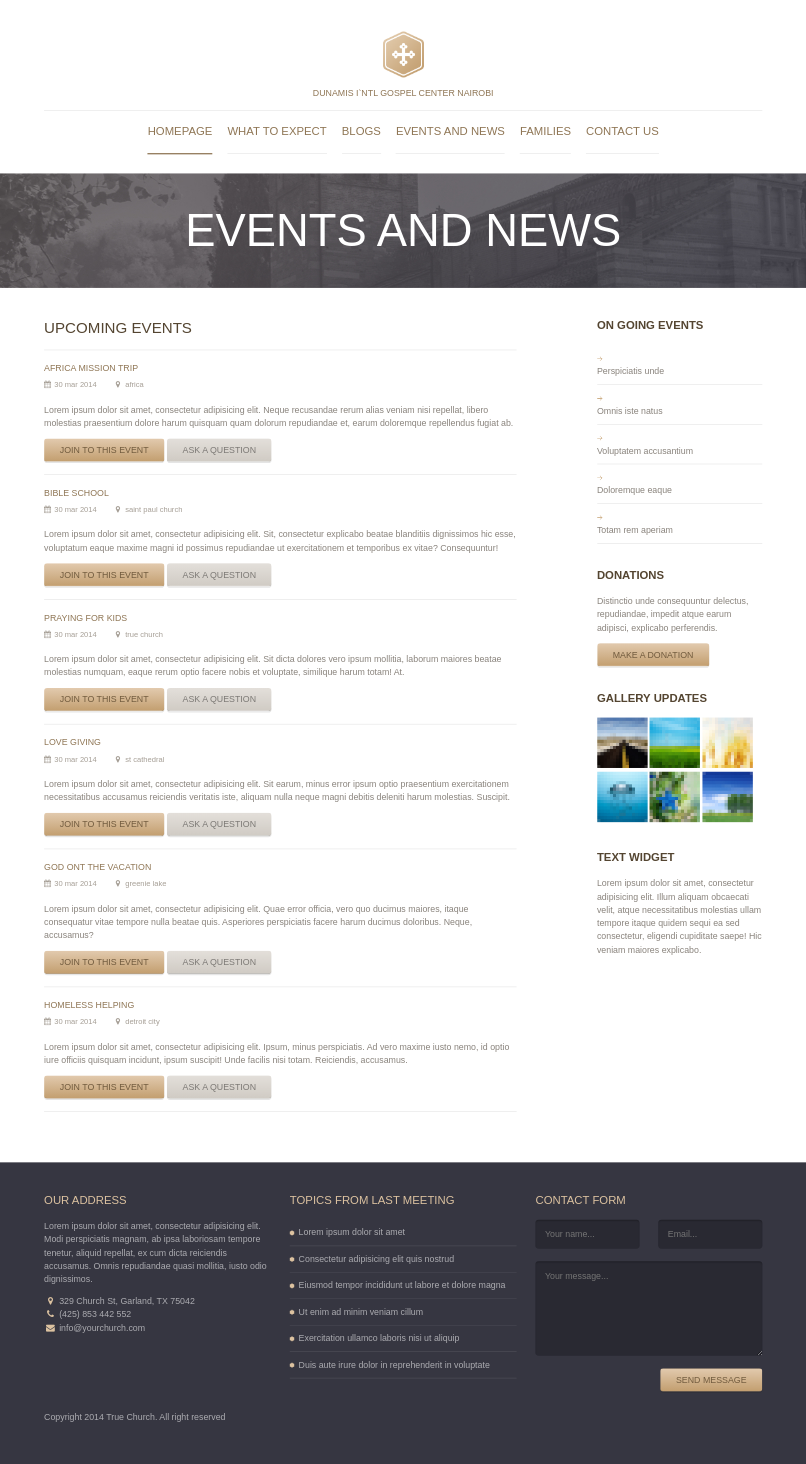
Repository: profbkmurage/churchWebsite
Page: events.html
These files come from the project's save history. The page is drawn as it stood at one moment and after the next save; the edit follows.
The browser window is 1280 px wide. The pictures show the whole page, at 63% of full size.

Above is the page before, as saved 2024-07-17 16:34:34.

### events.html
<!DOCTYPE html>
<html lang="en">
	<head>
		<meta charset="UTF-8">
		<meta http-equiv="X-UA-Compatible" content="IE=edge">
		<meta name="viewport" content="width=device-width, initial-scale=1.0,maximum-scale=1">

		<title>DIGC NAIROBI</title>

		<!-- Loading third party fonts -->
		<link href="fonts/novecento-font/novecento-font.css" rel="stylesheet" type="text/css">
		<link href="fonts/font-awesome.min.css" rel="stylesheet" type="text/css">

		<!-- Loading main css file -->
		<link rel="stylesheet" href="style.css">

		<!--[if lt IE 9]>
		<script src="js/ie-support/html5.js"></script>
		<script src="js/ie-support/respond.js"></script>
		<![endif]-->

	</head>


	<body>
		<div class="site-content">
			<header class="site-header">
				<div class="container">
					<a href="#" class="branding">
						<img src="images/logo.png" alt="" class="logo">
						<h1 class="site-title">Dunamis I`ntl Gospel Center Nairobi</h1>
					</a>

					<div class="main-navigation">
						<button class="menu-toggle"><i class="fa fa-bars"></i> Menu</button>
						<ul class="menu">
							<li class="menu-item current-menu-item"><a href="index.html">Homepage</a></li>
							<li class="menu-item"><a href="#">What To Expect </a></li>
							<li class="menu-item"><a href="blogs.html">Blogs </a></li>
							<li class="menu-item"><a href="events.html">Events And News </a></li>
							<li class="menu-item"><a href="families.html">Families </a></li>
							<li class="menu-item"><a href="#">Contact Us</a></li>
						</ul>
					</div>
					<div class="mobile-navigation"></div>
				</div>
			</header> <!-- .site-header -->

			<div class="page-head" data-bg-image="images/page-head-1.jpg">
				<div class="container">
					<h2 class="page-title">Events And News</h2>
				</div>
			</div>

			<main class="main-content">
				<div class="fullwidth-block">
					<div class="container">
						<div class="row">
							<div class="content col-md-8">
								<h2 class="section-title">Upcoming Events</h2>
								<ul class="event-list large">
									<li>
										<h3 class="event-title"><a href="#">africa mission trip</a></h3>
										<span class="event-meta">
											<span><i class="fa fa-calendar"></i>30 mar 2014</span>
											<span><i class="fa fa-map-marker"></i> Africa</span>
										</span>
										<p>Lorem ipsum dolor sit amet, consectetur adipisicing elit. Neque recusandae rerum alias veniam nisi repellat, libero molestias praesentium dolore harum quisquam quam dolorum repudiandae et, earum doloremque repellendus fugiat ab.</p>
										<a href="#" class="button">Join to this event</a>
										<a href="#" class="button secondary">Ask a question</a>
									</li>
									<li>
										<h3 class="event-title"><a href="#">Bible school</a></h3>
										<span class="event-meta">
											<span><i class="fa fa-calendar"></i>30 mar 2014</span>
											<span><i class="fa fa-map-marker"></i> Saint paul church</span>
										</span>
										<p>Lorem ipsum dolor sit amet, consectetur adipisicing elit. Sit, consectetur explicabo beatae blanditiis dignissimos hic esse, voluptatum eaque maxime magni id possimus repudiandae ut exercitationem et temporibus ex vitae? Consequuntur!</p>
										<a href="#" class="button">Join to this event</a>
										<a href="#" class="button secondary">Ask a question</a>
									</li>
									<li>
										<h3 class="event-title"><a href="#">praying for kids</a></h3>
										<span class="event-meta">
											<span><i class="fa fa-calendar"></i>30 mar 2014</span>
											<span><i class="fa fa-map-marker"></i> true church</span>
										</span>
										<p>Lorem ipsum dolor sit amet, consectetur adipisicing elit. Sit dicta dolores vero ipsum mollitia, laborum maiores beatae molestias numquam, eaque rerum optio facere nobis et voluptate, similique harum totam! At.</p>
										<a href="#" class="button">Join to this event</a>
										<a href="#" class="button secondary">Ask a question</a>
									</li>
									<li>
										<h3 class="event-title"><a href="#">love giving</a></h3>
										<span class="event-meta">
											<span><i class="fa fa-calendar"></i>30 mar 2014</span>
											<span><i class="fa fa-map-marker"></i> St cathedral</span>
										</span>
										<p>Lorem ipsum dolor sit amet, consectetur adipisicing elit. Sit earum, minus error ipsum optio praesentium exercitationem necessitatibus accusamus reiciendis veritatis iste, aliquam nulla neque magni debitis deleniti harum molestias. Suscipit.</p>
										<a href="#" class="button">Join to this event</a>
										<a href="#" class="button secondary">Ask a question</a>
									</li>
									<li>
										<h3 class="event-title"><a href="#">god ont the vacation</a></h3>
										<span class="event-meta">
											<span><i class="fa fa-calendar"></i>30 mar 2014</span>
											<span><i class="fa fa-map-marker"></i> greenie lake</span>
										</span>
										<p>Lorem ipsum dolor sit amet, consectetur adipisicing elit. Quae error officia, vero quo ducimus maiores, itaque consequatur vitae tempore nulla beatae quis. Asperiores perspiciatis facere harum ducimus doloribus. Neque, accusamus?</p>
										<a href="#" class="button">Join to this event</a>
										<a href="#" class="button secondary">Ask a question</a>
									</li>
									<li>
										<h3 class="event-title"><a href="#">homeless helping</a></h3>
										<span class="event-meta">
											<span><i class="fa fa-calendar"></i>30 mar 2014</span>
											<span><i class="fa fa-map-marker"></i> Detroit city</span>
										</span>
										<p>Lorem ipsum dolor sit amet, consectetur adipisicing elit. Ipsum, minus perspiciatis. Ad vero maxime iusto nemo, id optio iure officiis quisquam incidunt, ipsum suscipit! Unde facilis nisi totam. Reiciendis, accusamus.</p>
										<a href="#" class="button">Join to this event</a>
										<a href="#" class="button secondary">Ask a question</a>
									</li>
								</ul>
							</div>
							<div class="sidebar col-md-3 col-md-offset-1">
								<div class="widget">
									<h3 class="widget-title">On going Events</h3>
									<ul class="arrow">
										<li><a href="#">Perspiciatis unde</a></li>
										<li><a href="#">Omnis iste natus</a></li>
										<li><a href="#">Voluptatem accusantium</a></li>
										<li><a href="#">Doloremque eaque</a></li>
										<li><a href="#">Totam rem aperiam</a></li>
									</ul>
								</div>

								<div class="widget">
									<h3 class="widget-title">Donations</h3>
									<p>Distinctio unde consequuntur delectus, repudiandae, impedit atque earum adipisci, explicabo perferendis.</p>
									<a href="#" class="button">Make a donation</a>
								</div>

								<div class="widget">
									<h3 class="widget-title">Gallery updates</h3>

									<div class="galery-thumb">
										<a href="#"><img src="images/gallery-thumb-1.jpg" alt=""></a>
										<a href="#"><img src="images/gallery-thumb-2.jpg" alt=""></a>
										<a href="#"><img src="images/gallery-thumb-3.jpg" alt=""></a>
										<a href="#"><img src="images/gallery-thumb-4.jpg" alt=""></a>
										<a href="#"><img src="images/gallery-thumb-5.jpg" alt=""></a>
										<a href="#"><img src="images/gallery-thumb-6.jpg" alt=""></a>
									</div>
								</div>

								<div class="widget">
									<h3 class="widget-title">Text widget </h3>
									<p>Lorem ipsum dolor sit amet, consectetur adipisicing elit. Illum aliquam obcaecati velit, atque necessitatibus molestias ullam tempore itaque quidem sequi ea sed consectetur, eligendi cupiditate saepe! Hic veniam maiores explicabo.</p>
								</div>
							</div>
						</div>
					</div>
				</div>
			</main> <!-- .main-content -->

			<footer class="site-footer">
				<div class="container">
					<div class="row">
						<div class="col-md-4">
							<div class="widget">
								<h3 class="widget-title">Our address</h3>
								<p>Lorem ipsum dolor sit amet, consectetur adipisicing elit. Modi perspiciatis magnam, ab ipsa laboriosam tempore tenetur, aliquid repellat, ex cum dicta reiciendis accusamus. Omnis repudiandae quasi mollitia, iusto odio dignissimos.</p>
								<ul class="address">
									<li><i class="fa fa-map-marker"></i> 329 Church St, Garland, TX 75042</li>
									<li><i class="fa fa-phone"></i> (425) 853 442 552</li>
									<li><i class="fa fa-envelope"></i> info@yourchurch.com</li>
								</ul>
							</div>
						</div>
						<div class="col-md-4">
							<div class="widget">
								<h3 class="widget-title">Topics from last meeting</h3>
								<ul class="bullet">
									<li><a href="#">Lorem ipsum dolor sit amet</a></li>
									<li><a href="#">Consectetur adipisicing elit quis nostrud</a></li>
									<li><a href="#">Eiusmod tempor incididunt ut labore et dolore magna</a></li>
									<li><a href="#">Ut enim ad minim veniam cillum</a></li>
									<li><a href="#">Exercitation ullamco laboris nisi ut aliquip</a></li>
									<li><a href="#">Duis aute irure dolor in reprehenderit in voluptate</a></li>
								</ul>
							</div>
						</div>
						<div class="col-md-4">
							<div class="widget">
								<h3 class="widget-title">Contact form</h3>
								<form action="#" class="contact-form">
									<div class="row">
										<div class="col-md-6"><input type="text" placeholder="Your name..."></div>
										<div class="col-md-6"><input type="text" placeholder="Email..."></div>
									</div>

									<textarea name="" placeholder="Your message..."></textarea>
									<div class="text-right"><input type="submit" value="Send message"></div>

								</form>
							</div>
						</div>
					</div> <!-- .row -->

					<p class="colophon">Copyright 2014 True Church. All right reserved</p>
				</div><!-- .container -->
			</footer> <!-- .site-footer -->

		</div>


		<script src="js/jquery-1.11.1.min.js"></script>
		<script src="js/plugins.js"></script>
		<script src="js/app.js"></script>

	</body>

</html>

Loaded but not shown: fonts/novecento-font/novecento-font.css (common file); fonts/font-awesome.min.css (library); js/jquery-1.11.1.min.js (library); js/plugins.js (library); js/app.js (23 lines, source omitted); style.css (1514 lines, source omitted)

After the next save:
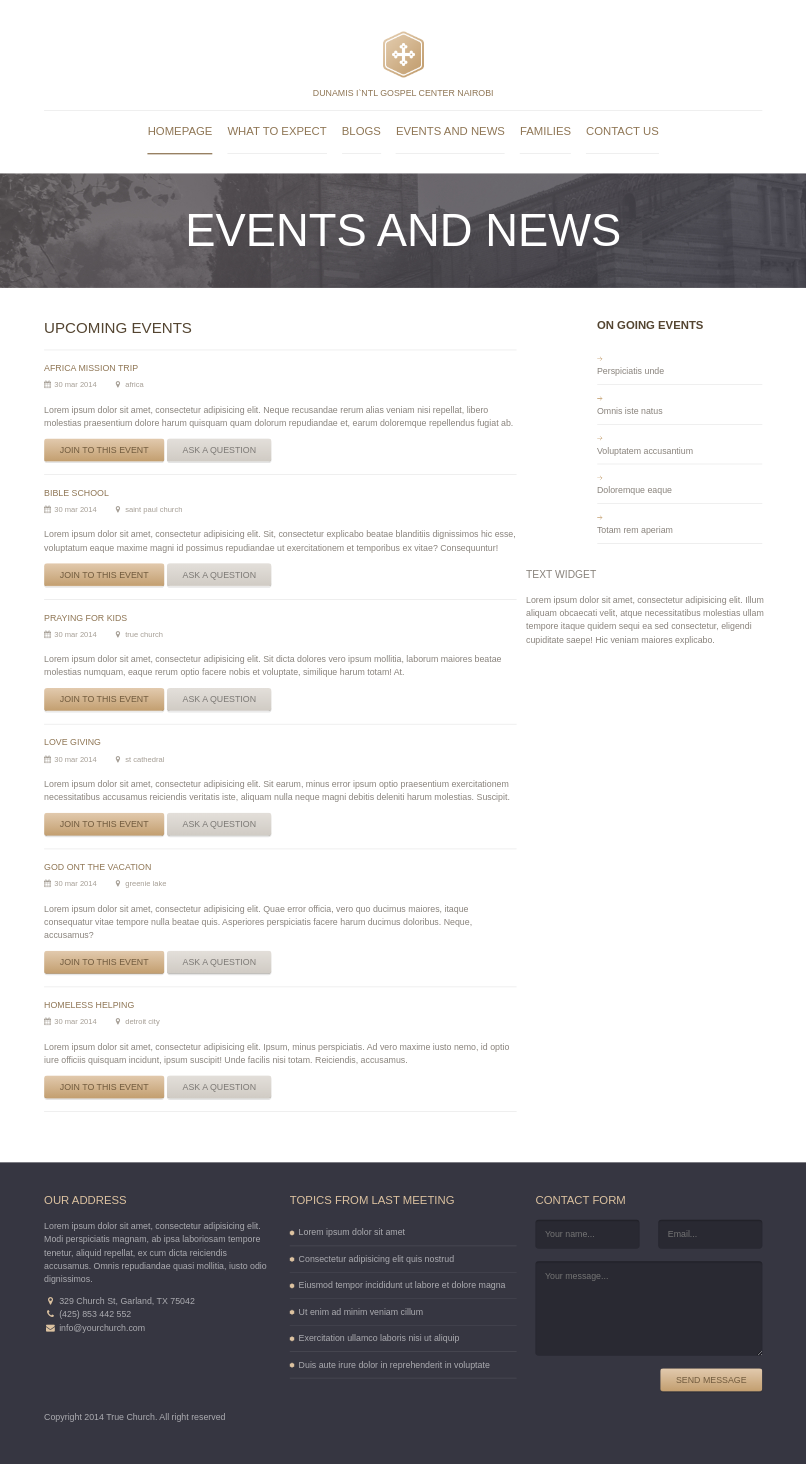
Saved 52 s later.
--- a/events.html
+++ b/events.html
@@ -133,13 +133,7 @@
 									</ul>
 								</div>
 
-								<div class="widget">
-									<h3 class="widget-title">Donations</h3>
-									<p>Distinctio unde consequuntur delectus, repudiandae, impedit atque earum adipisci, explicabo perferendis.</p>
-									<a href="#" class="button">Make a donation</a>
-								</div>
-
-								<div class="widget">
+								<!-- <div class="widget">
 									<h3 class="widget-title">Gallery updates</h3>
 
 									<div class="galery-thumb">
@@ -149,7 +143,7 @@
 										<a href="#"><img src="images/gallery-thumb-4.jpg" alt=""></a>
 										<a href="#"><img src="images/gallery-thumb-5.jpg" alt=""></a>
 										<a href="#"><img src="images/gallery-thumb-6.jpg" alt=""></a>
-									</div>
+									</div> -->
 								</div>
 
 								<div class="widget">
